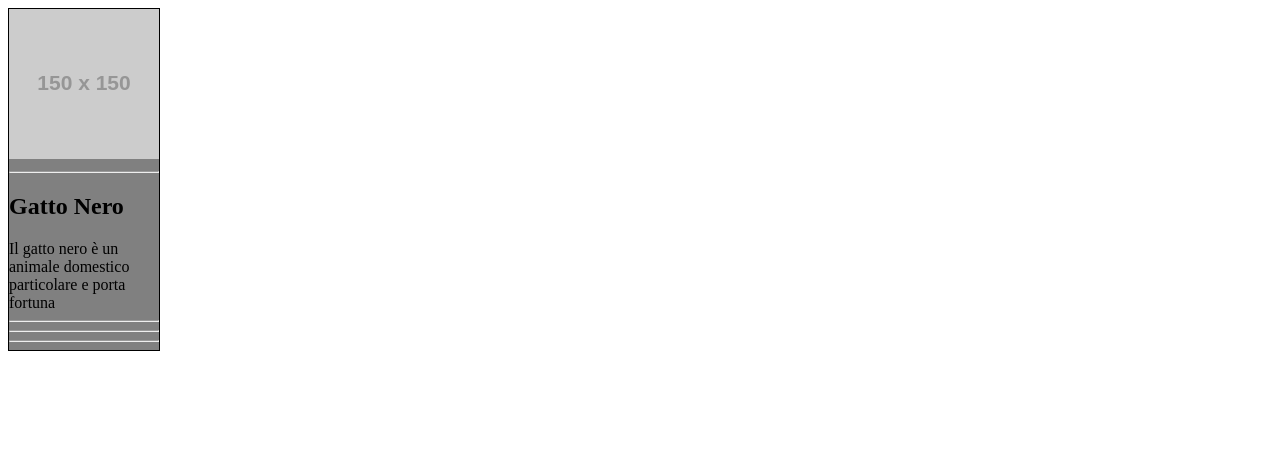
Repository: CryptoFamilyNFT/develhope
Page: html/card.html
An editor plug-in stored every save of this project. The page is shown before and after the next save, followed by the edit.
The browser window is 1280 px wide. The pictures show the whole page.

Above is the page before, as saved 2024-11-06 13:24:03.

After the next save:
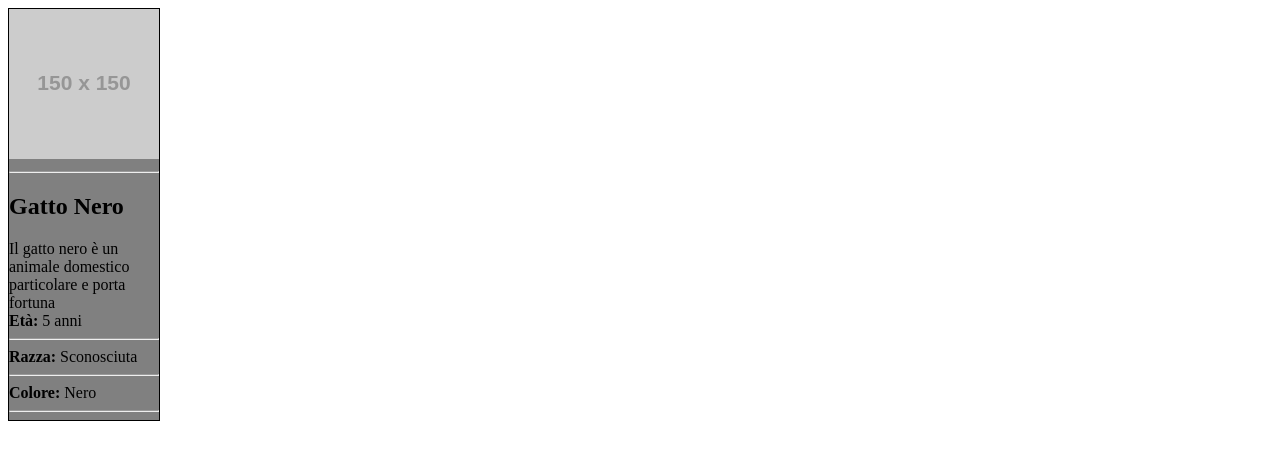
Saved 24 s later.
--- a/html/card.html
+++ b/html/card.html
@@ -42,15 +42,15 @@
             <div>
                 <ul>
                     <li>
-
+                        <strong>Età:</strong> 5 anni
                     </li>
                     <hr/>
                     <li>
-
+                        <strong>Razza:</strong> Sconosciuta
                     </li>
                     <hr/>
                     <li>
-
+                        <strong>Colore:</strong> Nero
                     </li>
                     <hr/>
                 </ul>
